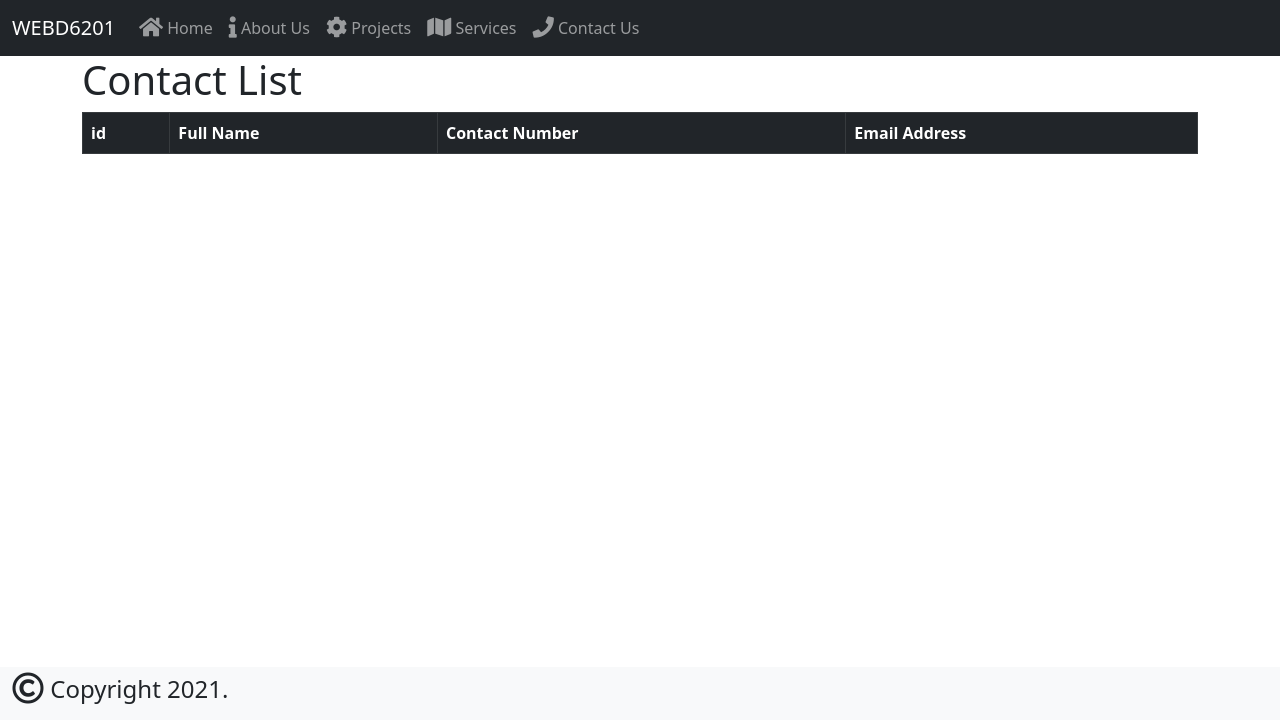
Repository: aphim/webd6201ICE6
Page: contact-list.html
An editor plug-in stored every save of this project. The page is shown before and after the next save, followed by the edit.
The browser window is 1280 px wide. The pictures show the whole page.

Above is the page before, as saved 2021-02-04 09:32:29.

### contact-list.html
<!DOCTYPE html>
<html lang="en">
<head>
    <meta charset="UTF-8">
    <meta name="viewport" content="width=device-width, initial-scale=1.0">
    <title>Contact-List</title>
    <!-- CSS Section -->
    <link rel="stylesheet" href="./node_modules/bootstrap/dist/css/bootstrap.min.css">
    <link rel="stylesheet" href="./node_modules/@fortawesome/fontawesome-free/css/all.min.css">
    <link rel="stylesheet" href="./Content/app.css">
</head>
<body>
    <!-- Main Header -->
    <header>
        <!-- Main Navigation -->
        <nav class="navbar navbar-expand-lg navbar-dark bg-dark">
            <div class="container-fluid">
              <a class="navbar-brand" href="index.html">WEBD6201</a>
              <button class="navbar-toggler" type="button" data-bs-toggle="collapse" data-bs-target="#navbarSupportedContent" aria-controls="navbarSupportedContent" aria-expanded="false" aria-label="Toggle navigation">
                <span class="navbar-toggler-icon"></span>
              </button>
              <div class="collapse navbar-collapse" id="navbarSupportedContent">
                <ul class="navbar-nav me-auto mb-2 mb-lg-0">
                  <li class="nav-item">
                    <a class="nav-link" aria-current="page" href="index.html"><i class="fas fa-home fa-lg"></i> Home</a>
                  </li>

                  <li class="nav-item">
                    <a class="nav-link" aria-current="page" href="about.html"><i class="fas fa-info fa-lg"></i> About Us</a>
                  </li>

                  <li class="nav-item">
                    <a class="nav-link" aria-current="page" href="projects.html"><i class="fas fa-cog fa-lg"></i> Projects</a>
                  </li>

                  <li class="nav-item">
                    <a class="nav-link" aria-current="page" href="services.html"><i class="fas fa-map fa-lg"></i> Services</a>
                  </li>

                  <li class="nav-item">
                    <a class="nav-link" aria-current="page" href="contact.html"><i class="fas fa-phone fa-lg"></i> Contact Us</a>
                  </li>
                </ul>
              </div>
            </div>
          </nav>
    </header>

    <!-- Main Content -->
    <main class="container">
        <h1>Contact List</h1>

        <div class="row">
          <div class="col">
            <table class="table table-striped table-bordered table-hover">
              <thead class="table-dark">
                <tr>
                  <th scope="col">id</th>
                  <th scope="col">Full Name</th>
                  <th scope="col">Contact Number</th>
                  <th scope="col">Email Address</th>
                </tr>
              </thead>
              <tbody id="contactList">
              </tbody>
            </table>
          </div>
        </div>
    </main>

    <!-- Main Footer -->
    <footer>
        <nav class="navbar fixed-bottom navbar-light bg-light">
            <div class="container-fluid">
              <h4><i class="far fa-copyright fa-lg"></i> Copyright 2021.</h4>
            </div>
          </nav>
    </footer>

    <!-- Script Section-->
    <script src="./node_modules/jquery/dist/jquery.min.js"></script>
    <script src="./node_modules/bootstrap/dist/js/bootstrap.bundle.min.js"></script>
    <script src="./Scripts/namespace.js"></script>
    <script src="./Scripts/contact.js"></script>
    <script src="./Scripts/app.js"></script>
</body>
</html>

### Scripts/namespace.js

//namespace core
let core;

### Scripts/contact.js
"use strict";
// Contact Class

((core)=>{
  class Contact {
    // getters and setters
    get FullName()
    {
      return this.m_fullName;
    }

    set FullName(value)
    {
      this.m_fullName = value;
    }

    get ContactNumber()
    {
      return this.m_contactNumber;
    }

    set ContactNumber(value)
    {
      this.m_contactNumber = value;
    }

    get EmailAddress()
    {
      return this.m_emailAddress;
    }

    set EmailAddress(value)
    {
      this.m_emailAddress = value;
    }

    // constructor

    /**
     * @param {string} fullName
     * @param {string} contactNumber
     * @param {string} emailAddress
     */
    constructor(fullName = "", contactNumber = "", emailAddress = "")
    {
      this.FullName = fullName;
      this.ContactNumber = contactNumber;
      this.EmailAddress = emailAddress;
    }

    // methods

    /**
     * This method overrides the built-in toString method for the Contact class
     *
     * @returns {string}
     */
    toString()
    {
      return `Full Name     : ${this.FullName} \nContact Number: ${this.ContactNumber}\nEmail Address : ${this.EmailAddress}`;
    }

    /**
     * This method returns a JSON object made up of the properties of the Contact class
     *
     * @returns {Object}
     */
    toJSON()
    {
      return {
        "fullName": this.FullName,
        "contactNumber": this.ContactNumber,
        "emailAddress": this.EmailAddress
      }
    }

    /**
     * This method converts the Contact into a comma-separated value string
     *
     * @returns {string}
     */
    serialize()
    {
      if(this.FullName !== "" && this.ContactNumber !== "" && this.EmailAddress !== "")
      {
        return `${this.FullName},${this.ContactNumber},${this.EmailAddress}`;
      }
      else
      {
        console.error("One or more properties of the Contact is empty");
        return null;
      }
    }

    /**
     * This method takes a comma-separated data string and assigns the values to the Contact class properties
     *
     * @param {string} data
     * @return {void}
     */
    deserialize(data)
    {
      let propertyArray = data.split(",");
      this.FullName = propertyArray[0];
      this.ContactNumber = propertyArray[1];
      this.EmailAddress = propertyArray[2];
    }
  }

core.Contact = Contact;

})(core || (core={}));

### Scripts/app.js
/* custom JavaScript goes here */

//IIFE - Immediately Invoked Function Expression
//AKA - Anonymous Self-Executing Function
//Closure - limits scope leak

"use strict";


((core) =>
{
    function displayHome()
    {

      $("button").on("mouseover", () =>
      {
        console.log("mouseover button - jquery");
      });

      let myButton = document.querySelectorAll("button")[0];
       myButton.addEventListener("click", function()
      {
        console.log("clicked button - js");
      });

      console.log(myButton);


        let paragraphOneText =
          "This is a simple site to demonstrate DOM Manipulation for ICE 1";

        let paragraphOneElement = document.getElementById("paragraphOne");

        paragraphOneElement.textContent = paragraphOneText;
        paragraphOneElement.className = "fs-5";

        // Step 1. document.createElement
        let newParagraph = document.createElement("p");
        // Step 2. configure the element
        newParagraph.setAttribute("id", "paragraphTwo");
        newParagraph.textContent = "...And this is paragraph two";
        // Step 3. select the parent element
        let mainContent = document.getElementsByTagName("main")[0];
        // Step 4. Add / Insert the element
        mainContent.appendChild(newParagraph);

        newParagraph.className = "fs-6";

        // another way of injecting content
        let paragraphDiv = document.createElement("div");
        let paragraphThree = `<p id="paragraphThree" class="fs-7 fw-bold">And this is the Third Paragraph</p>`;
        paragraphDiv.innerHTML = paragraphThree;

        // insertions

        // example of inserting before a node
        //newParagraph.before(paragraphDiv);

        // example of inserting after a node
        newParagraph.after(paragraphDiv);

        // deletions

        // example of removing a single element
        //paragraphOneElement.remove();

        // example of removeChild
        mainContent.removeChild(paragraphOneElement);

        // update / modification
        //mainContent.firstElementChild.textContent = "Welcome Home!";

        mainContent.innerHTML = `<h1 id="firstHeading">Welcome to WEBD6201 - Lab 1</h1>
         <p id="paragraphOne" class="fs-3 fw-bold">This is my first Paragraph</p>
        `;

    }

    function displayAbout()
    {

    }

    function displayProjects()
    {

    }

    function displayServices()
    {

    }

    function displayContact()
    {
      let messageArea = $("#messageArea").hide();

      $("#fullName").on("blur", function()
      {
          if($(this).val().length < 2)
          {
            $(this).trigger("focus").trigger("select");
            messageArea.show().addClass("alert alert-danger").text("Please enter an appropriate Name");

          }
          else
          {
            messageArea.removeAttr("class").hide();

          }
        });


        $("#sendButton").on("click", (event)=>
        {
          if ($("subscribeCheckbox")[0].checked)
          {
            let contact = new core.Contact(fullName.value, contactNumber.value, emailAddress.value);

            if(contact.serialize())
            {
              localStorage.setItem((localStorage.length + 1).toString(), contact.serialize());
            }
          }


        });

    }

    function displayContactList()
    {
      if (localStorage.length > 0)
      {
        let contactList = document.getElementById("contactList");

        let data = "";

        for (let index = 0; index < localStorage.length; index++)
        {
          let contactData = localStorage.getItem((index + 1).toString());

          let contact = new core.Contact();
          contact.deserialize(contactData);

          data += `<tr>
          <th scope="row">${index + 1}</th>
          <td>${contact.FullName}</td>
          <td>${contact.ContactNumber}</td>
          <td>${contact.EmailAddress}</td>
        </tr>`;
        }

        contactList.innerHTML = data;
      }
    }



    function Start()
    {
        console.log("App Started...");

        switch (document.title)
        {
          case "Home":
              displayHome();
            break;
          case "About":
              displayAbout();
            break;
          case "Projects":
              displayProjects();
            break;
          case "Services":
              displayServices();
            break;
          case "Contact":
              displayContact();
            break;
          case "Contact-List":
            displayContactList();
          break;
        }

    }

    window.addEventListener("load", Start);

    core.Start = Start;

}) (core || (core={}));

Loaded but not shown: node_modules/bootstrap/dist/css/bootstrap.min.css (library); node_modules/@fortawesome/fontawesome-free/css/all.min.css (library); Content/app.css (common file); node_modules/jquery/dist/jquery.min.js (library); node_modules/bootstrap/dist/js/bootstrap.bundle.min.js (library)

After the next save:
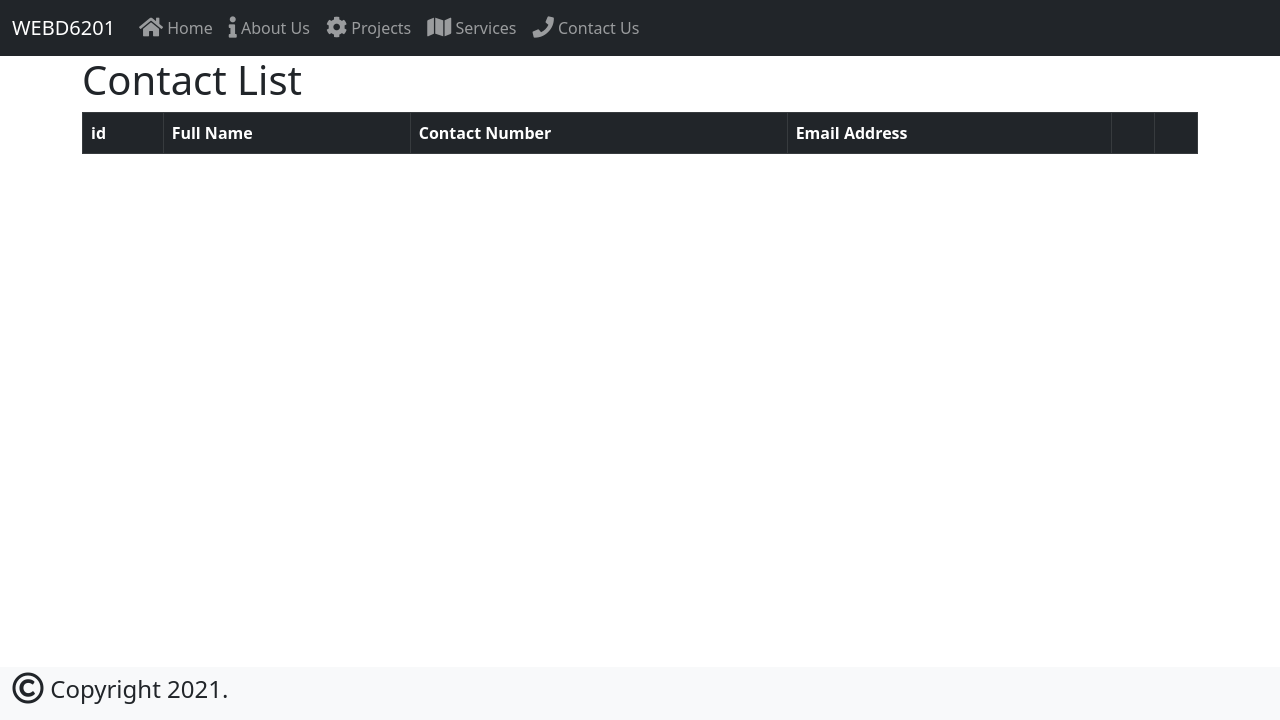
Saved 33 s later.
--- a/contact-list.html
+++ b/contact-list.html
@@ -59,6 +59,8 @@
                   <th scope="col">Full Name</th>
                   <th scope="col">Contact Number</th>
                   <th scope="col">Email Address</th>
+                  <th></th>
+                  <th></th>
                 </tr>
               </thead>
               <tbody id="contactList">
